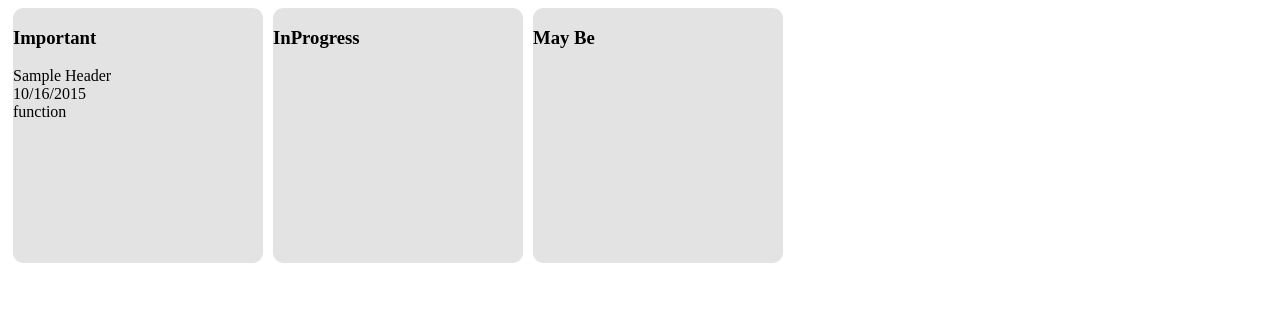
Repository: TharanyaM/Adaptavant--project
Page: Jdo/war/todo.html
The author's editor kept a copy of each file at every save. The page is drawn from the files as they stood at one save, then again after the next save.
The browser window is 1280 px wide. The pictures show the whole page.

Above is the page before, as saved 2015-10-16 11:49:17.

### Jdo/war/todo.html
<html>
<head>
<title>todo</title>
<link href="style.css" rel="stylesheet" type="text/css">
</head>
<body>
	<div class="task-list" id="Important">
		<h3>Important</h3>
		<!-- Sample task added manually to check look -->
		<div class="todo-task">
			<div class="task-header">Sample Header</div>
			<div class="task-date">10/16/2015</div>
			<div class="task-description">function</div>
		</div>
	</div>

	<div class="task-list" id="inProgress">
		<h3>InProgress</h3>
	</div>

	<div class="task-list" id="May Be">
		<h3>May Be</h3>
	</div>

</body>
</html>

### Jdo/war/style.css
.task-list {
  width: 250px;
  float: left;
  margin: 0 5px;
  background-color: #e3e3e3;
  min-height: 240px;
  border-radius: 10px;
  padding-bottom: 15px;
}

After the next save:
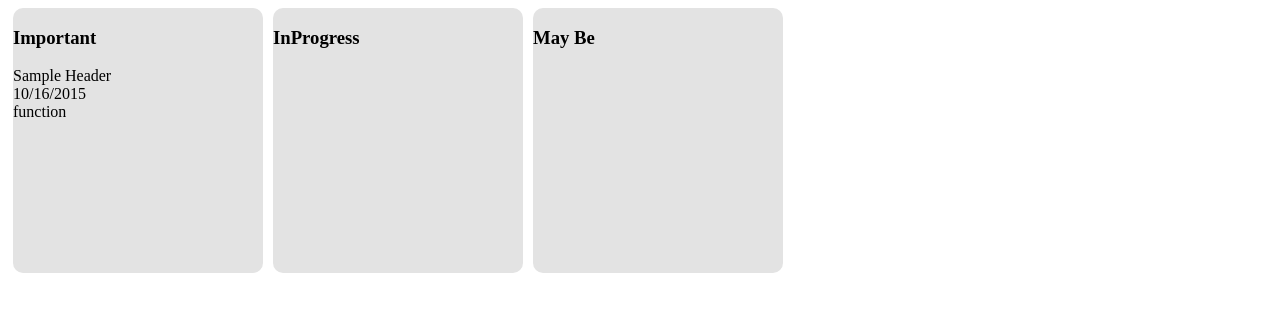
Saved 15 min 30 s later.
--- a/Jdo/war/style.css
+++ b/Jdo/war/style.css
@@ -1,5 +1,6 @@
 .task-list {
   width: 250px;
+  height:250px;
   float: left;
   margin: 0 5px;
   background-color: #e3e3e3;
